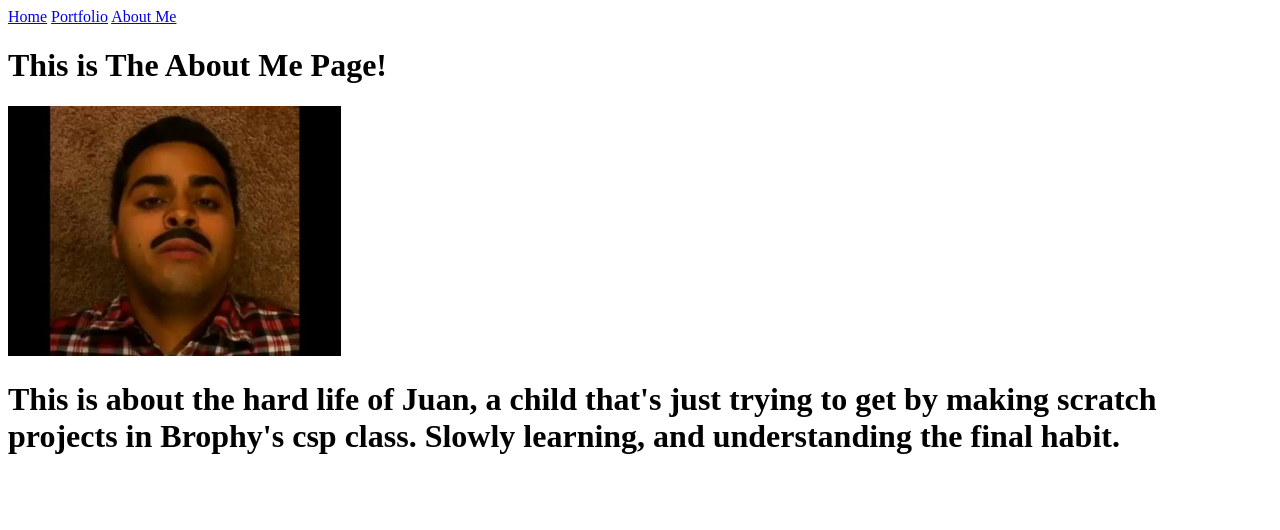
Repository: umana661/umana661.github.io
Page: my_website/about_me.html
The author's editor kept a record of every edit. The page is drawn from the files as they stood at one moment, then again after the next edit.
The browser window is 1280 px wide. The pictures show the whole page.

Above is the page before.

After the next edit:
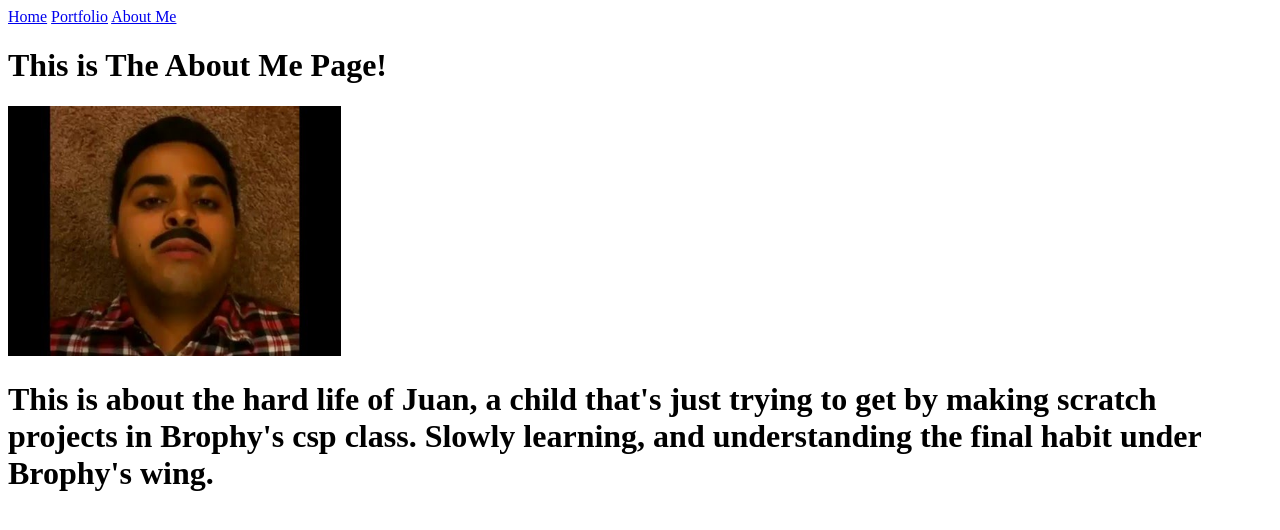
The edit:
--- a/my_website/about_me.html
+++ b/my_website/about_me.html
@@ -10,8 +10,10 @@
     <a href="about_me.html">About Me</a>
     <h1>This is The About Me Page!</h1>
     <img src="images/Juan.jpg" height="250">
-    <h1>This is about the hard life of Juan, a child that's just trying to get by making scratch projects in Brophy's csp class. Slowly learning, and understanding the final habit.
-
+    <h1>This is about the hard life of Juan, a child that's just trying to get by making scratch projects in Brophy's csp class. Slowly learning, and understanding the final habit under Brophy's wing.
+    </a>
+      </body>
+    </html>
 
 
 
